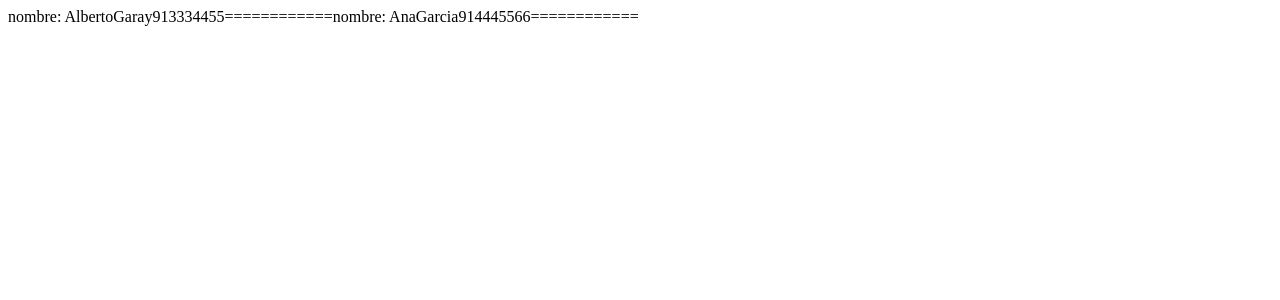
Repository: JaimeMarTal/JaimePHP
Page: http://localhost/ev1/ej11.php
The author's editor kept a copy of each file at every save. The page is drawn from the files as they stood at one save, then again after the next save.
The browser window is 1280 px wide. The pictures show the whole page.
The page is run by PHP 8.4 with error messages shown; the project is at /var/www/html/.

Above is the page before, as saved 2020-10-02 07:21:25.

After the next save:
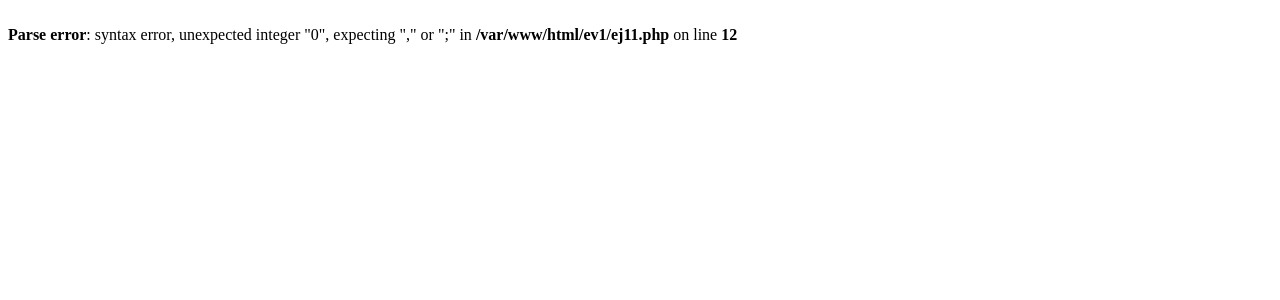
Saved 39 s later.
--- a/clase/ev1/ej11.php
+++ b/clase/ev1/ej11.php
@@ -8,10 +8,10 @@
 foreach ($cadena2 as $elemento){
 
     $datos = explode(':',$elemento);
-    echo 'nombre: '.$datos[0];
-    echo $datos[1];
-    echo $datos[2];
-    echo '============';
+    echo 'Nombre: '.$datos[0].'\n';
+    echo 'Nombre: '.$datos[1]0].'\n';;
+    echo 'Nombre: '.$datos[2]0].'\n';;
+    echo '============\n';
 }
 
 

After the save that followed:
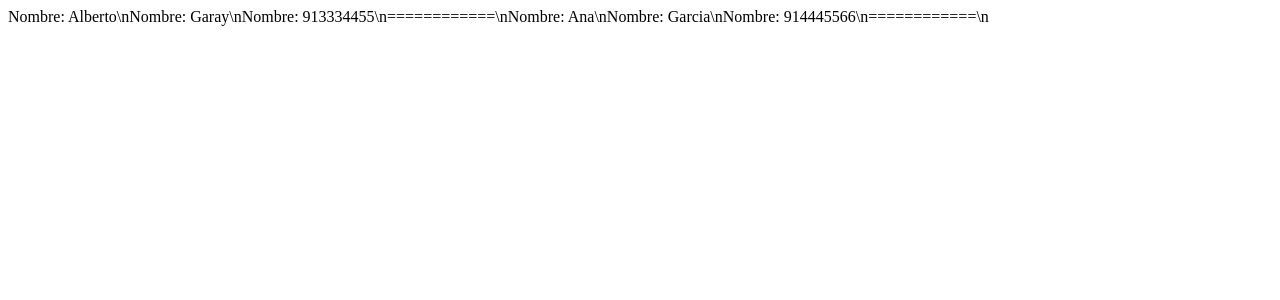
Saved 6 s later.
--- a/clase/ev1/ej11.php
+++ b/clase/ev1/ej11.php
@@ -9,8 +9,8 @@
 
     $datos = explode(':',$elemento);
     echo 'Nombre: '.$datos[0].'\n';
-    echo 'Nombre: '.$datos[1]0].'\n';;
-    echo 'Nombre: '.$datos[2]0].'\n';;
+    echo 'Nombre: '.$datos[1].'\n';;
+    echo 'Nombre: '.$datos[2].'\n';;
     echo '============\n';
 }
 
